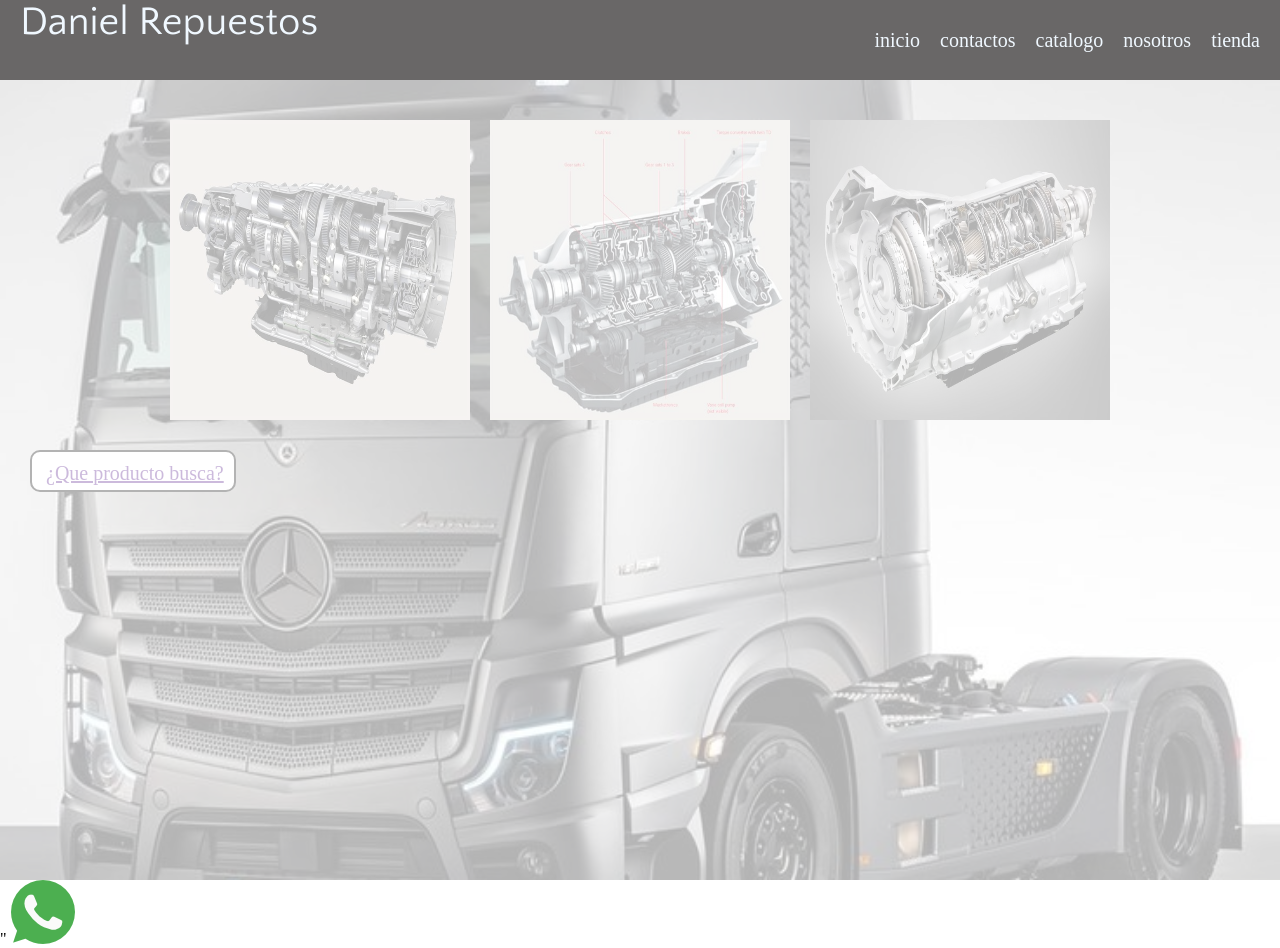
Repository: minesterani/proyecto-caja
Page: pages/tienda.html
These files come from the project's save history. The page is drawn as it stood at one moment and after the next save; the edit follows.
The browser window is 1280 px wide. The pictures show the whole page.

Above is the page before, as saved 2024-09-20 09:24:54.

After the next save:
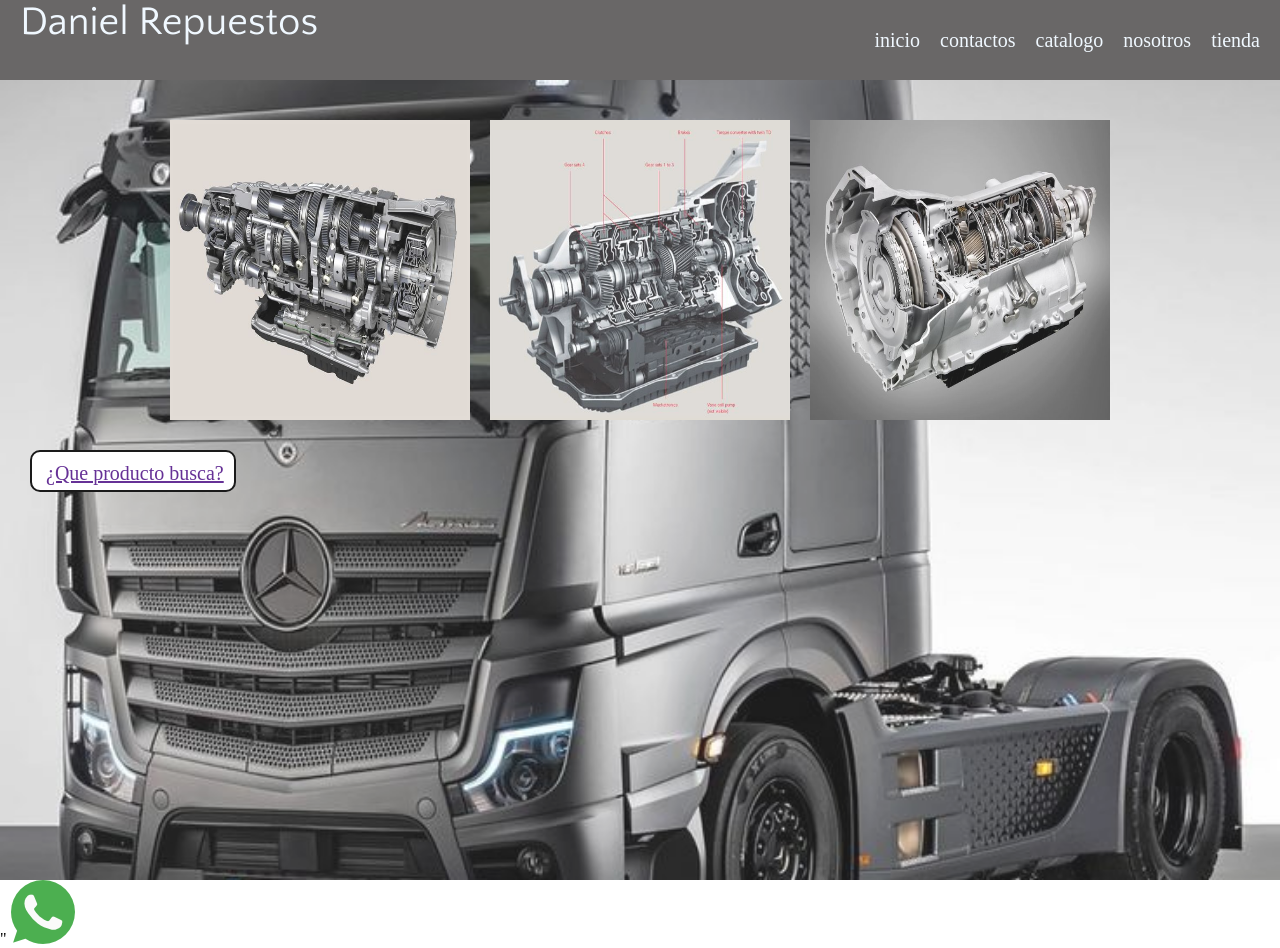
Saved 40 s later.
--- a/css/style.css
+++ b/css/style.css
@@ -160,7 +160,7 @@
     background-position: center;
     background-size: cover;
     background-repeat: no-repeat;
-    opacity: 0.3;
+    opacity: 0.9;
 }
 
 .contenedor-tienda {
